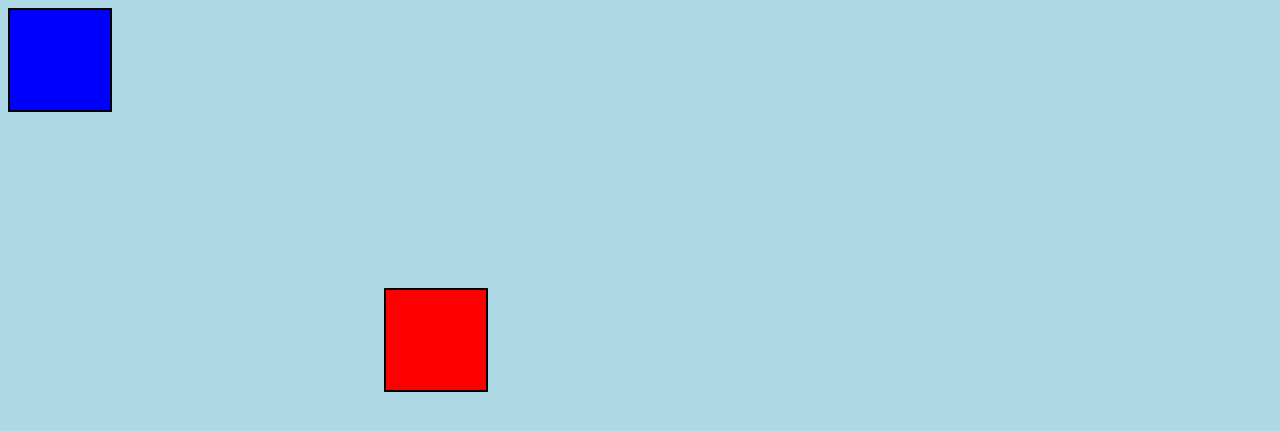
Repository: Sushant203/myPersonalSite
Page: index.html
An editor plug-in stored every save of this project. The page is shown before and after a run of saves, followed by the edit.
The browser window is 1280 px wide. The pictures show the whole page.

Above is the page before, as saved 2022-12-05 18:40:35.

### index.html
<!DOCTYPE html>
<html lang="en">

<head>
    <meta charset="UTF-8">
    <meta http-equiv="X-UA-Compatible" content="IE=edge">
    <meta name="viewport" content="width=device-width, initial-scale=1.0">
    <title>Document</title>
    <link rel="stylesheet" href="\css\style.css">
    <link rel="favicon" href="favicon.ico">
</head>

<body>

<div class="box-1"></div>
<div class="box-2"></div>
<div class="box-3"></div>
</body>

</html>

### css/style.css
body{
    background-color: lightblue;
    /* margin: 0; */
}

.box-1{
    border: 2px solid black ;
    background-color: red;
    height: 100px;
    width: 100px;
    position: absolute;
    left:30%;
    top: 40%;
}

.box-2{
    border: 2px solid black;
    background-color: blue;
    height: 100px;
    width: 100px;
    position: absolute;

}


.box-3{
    border: 2px solid;
    background-color: yellow;
    height: 100px;
    width: 100px;

}

After the next 5 saves:
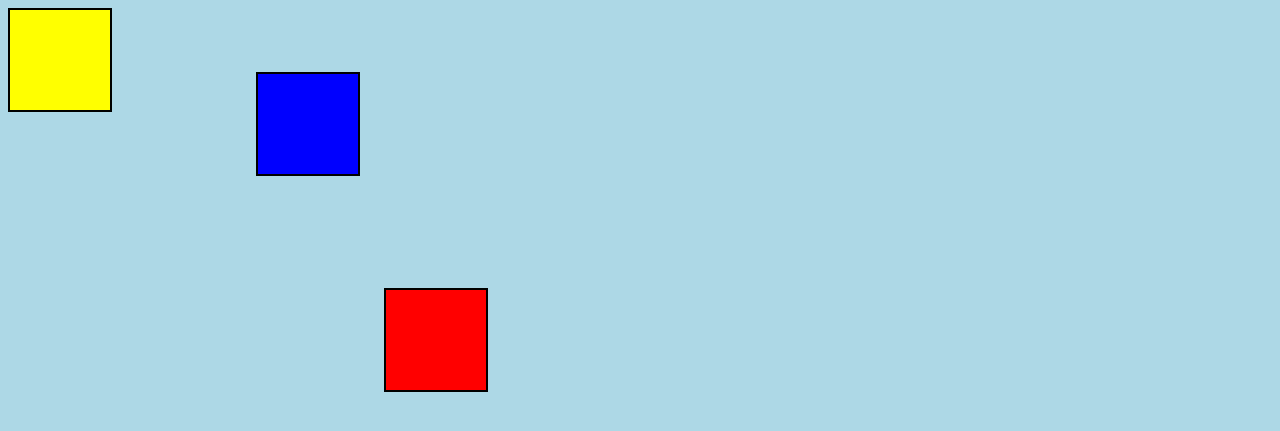
The 5 saves are shown as one change because they came seconds apart.
The last was saved 17 s later.
--- a/css/style.css
+++ b/css/style.css
@@ -19,7 +19,8 @@ body{
     height: 100px;
     width: 100px;
     position: absolute;
-
+    left: 20%;
+    top: 10%;
 }
 
 
